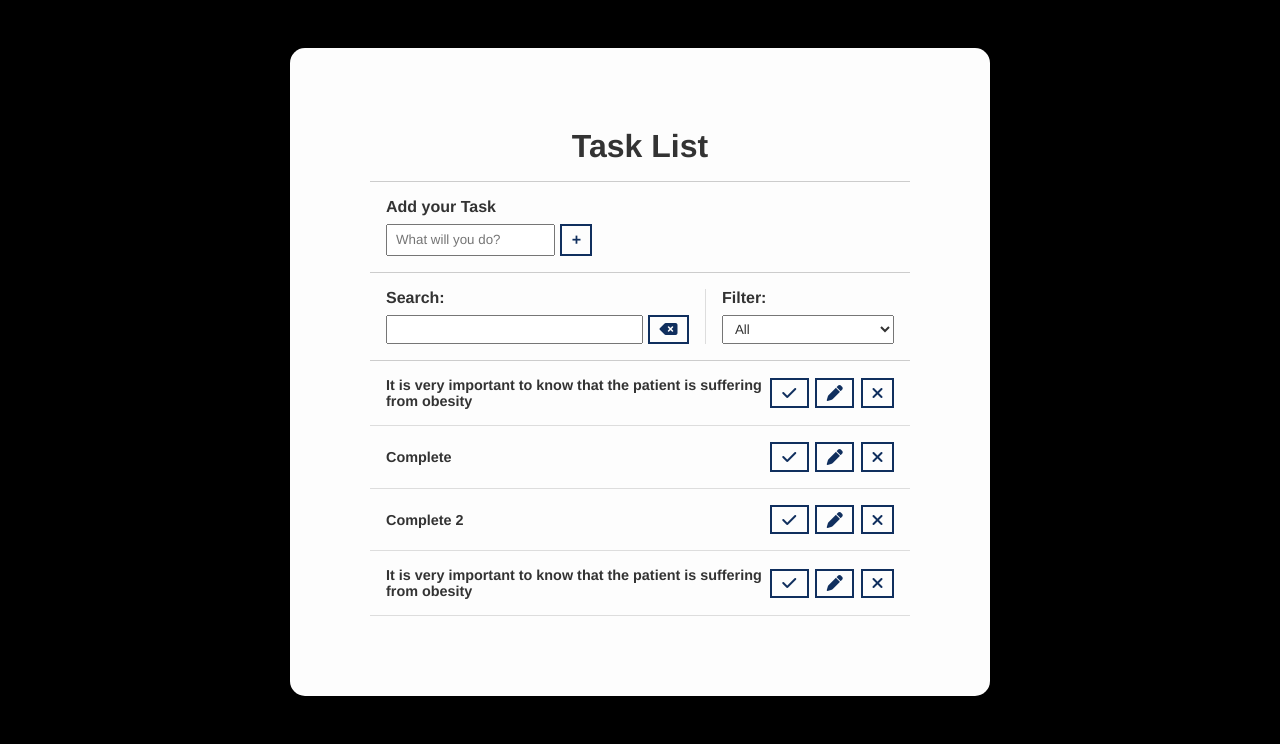
Repository: bek77g/todoList-vanillaJS
Page: index.html
The author's editor kept a copy of each file at every save. The page is drawn from the files as they stood at one save, then again after the next save.
The browser window is 1280 px wide. The pictures show the whole page.
Some web libraries are served in a nearby version.

Above is the page before, as saved 2023-01-23 12:04:59.

After the next save:
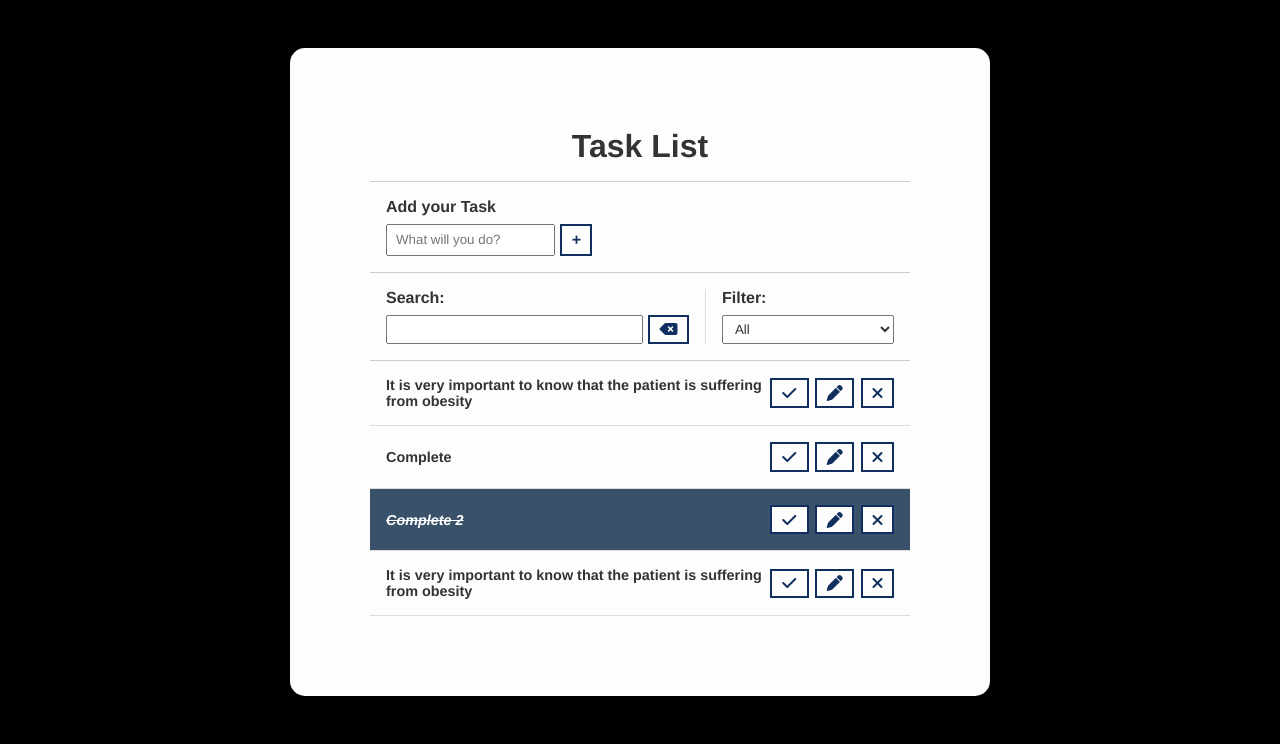
Saved 7 s later.
--- a/src/js/app.js
+++ b/src/js/app.js
@@ -14,7 +14,7 @@ let todoData = [
   {
     key: 3,
     text: 'Complete 2',
-    isDone: false,
+    isDone: true,
     isEditable: false,
   },
   {
